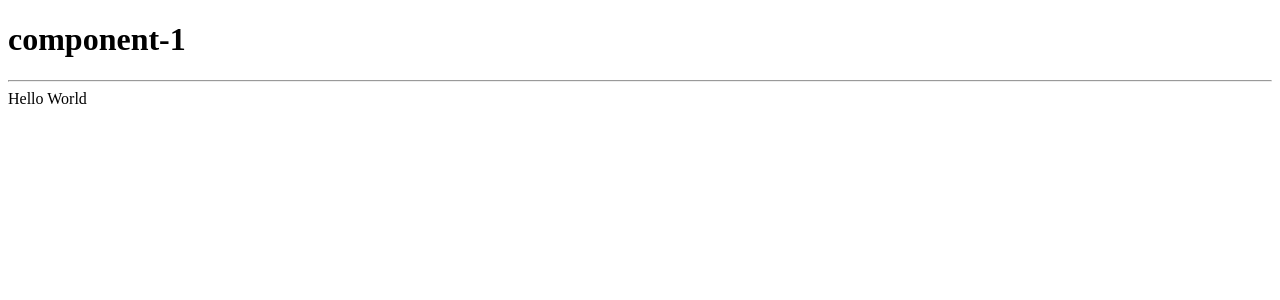
Repository: 13982720426/vue2.0-LearningNotes
Page: example/component-1.html
An editor plug-in stored every save of this project. The page is shown before and after the next save, followed by the edit.
The browser window is 1280 px wide. The pictures show the whole page.

Above is the page before, as saved 2021-06-24 20:56:14.

### example/component-1.html
<!DOCTYPE html>
<html lang="en">
  <head>
    <meta charset="UTF-8" />
    <meta http-equiv="X-UA-Compatible" content="IE=edge" />
    <meta name="viewport" content="width=device-width, initial-scale=1.0" />
    <title>component-1</title>
    <script type="text/javascript" src="../assets/js/vue.js"></script>
  </head>
  <body>
    <h1>component-1</h1>
    <hr />
    <div id="app">{{message}}</div>
    <script type="text/javascript">
      var app = new Vue({
        el: '#app',
        data: {
          message: 'Hello World',
        },
      });
    </script>
  </body>
</html>

Loaded but not shown: assets/js/vue.js (library)

After the next save:
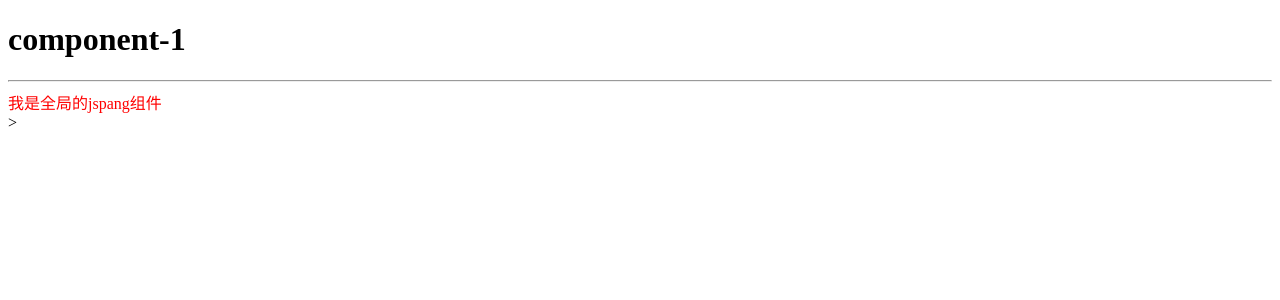
Saved 3 min 51 s later.
--- a/example/component-1.html
+++ b/example/component-1.html
@@ -10,8 +10,14 @@
   <body>
     <h1>component-1</h1>
     <hr />
-    <div id="app">{{message}}</div>
+    <div id="app">
+      <jspang></jspang>
+      >
+    </div>
     <script type="text/javascript">
+      Vue.component('jspang', {
+        template: `<div style='color:red'>我是全局的jspang组件</div>`,
+      });
       var app = new Vue({
         el: '#app',
         data: {
